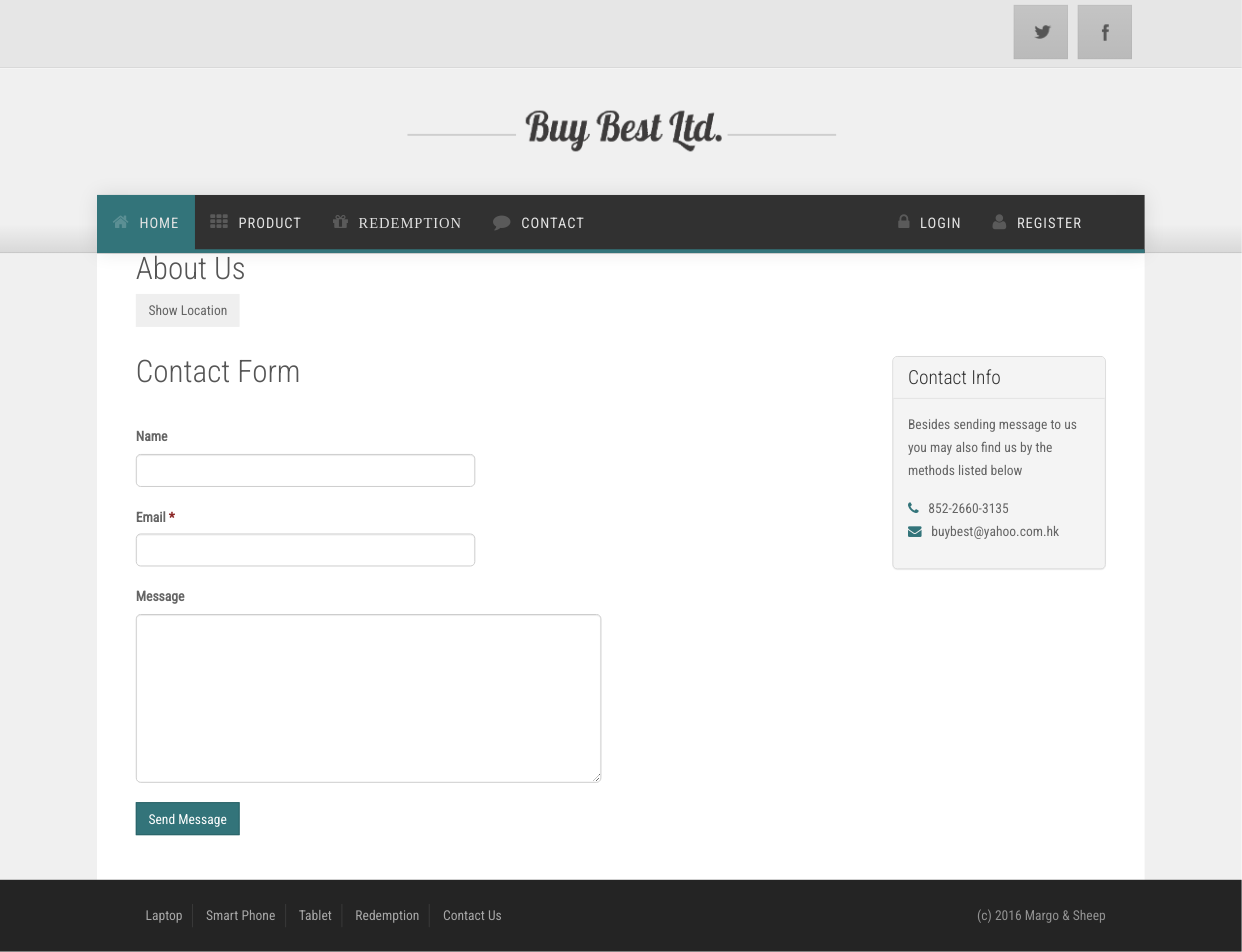
Repository: thymargo13/HCI--2015
Page: contact.html
The author's editor kept a record of every edit. The page is drawn from the files as they stood at one moment, then again after the next edit.
The browser window is 1280 px wide. The pictures show the whole page, at 97% of full size.

Above is the page before.

### contact.html
<!-- === BEGIN HEADER === -->
<!DOCTYPE html>
<!--[if IE 8]> <html lang="en" class="ie8"> <![endif]-->
<!--[if IE 9]> <html lang="en" class="ie9"> <![endif]-->
<!--[if !IE]><!-->
<html lang="en">
    <!--<![endif]-->
    <head>
        <!-- Title -->
        <title>Buy Best Ltd. - A Professional Electronic Shop</title>
        <!-- Meta -->
        <meta http-equiv="content-type" content="text/html; charset=utf-8" />
        <meta name="description" content="">
        <meta name="author" content="">
        <meta name="viewport" content="width=device-width, initial-scale=1, maximum-scale=1" />
        <!-- Favicon -->
        <link href="favicon.ico" rel="shortcut icon">
        <!-- Bootstrap Core CSS -->
        <link rel="stylesheet" href="assets/css/bootstrap.css" rel="stylesheet">
        <!-- Template CSS -->
        <link rel="stylesheet" href="assets/css/animate.css" rel="stylesheet">
        <link rel="stylesheet" href="assets/css/font-awesome.css" rel="stylesheet">
        <link rel="stylesheet" href="assets/css/nexus.css" rel="stylesheet">
        <link rel="stylesheet" href="assets/css/responsive.css" rel="stylesheet">
        <link rel="stylesheet" href="assets/css/custom.css" rel="stylesheet">
        <!-- Google Fonts-->
		<link href="https://fonts.googleapis.com/icon?family=Material+Icons" rel="stylesheet">
        <link href="http://fonts.googleapis.com/css?family=Roboto+Condensed:400,300" rel="stylesheet" type="text/css">
    </head>
    <body>
        <div id="body-bg">
            <!-- Phone/Email -->
         <div id="pre-header" class="background-gray-lighter">
                <div class="container no-padding">
                    <div class="row hidden-xs">
                        <div class="col-sm-10 text-right ">

                        </div>
                        <div class="col-sm-2 text-right">
						<div class="row">
						    <ul class="social-icons">
						<li class="social-twitter">
                                    <a href="#" target="_blank" title="Twitter"></a>
                                </li>
                                <li class="social-facebook">
                                    <a href="#" target="_blank" title="Facebook"></a>
                                </li>
                                </ul>
						</div>

                        </div>
                    </div>
                </div>
            </div>
            <!-- End Phone/Email -->
            <!-- Header -->
            <div id="header">
                <div class="container">
                    <div class="row">
                        <!-- Logo -->
                        <div class="logo">
                            <a href="index.html" title="">
                                <img src="assets/img/logo.png" alt="Logo" />
                            </a>
                        </div>
                        <!-- End Logo -->
                    </div>
                </div>
            </div>
            <!-- End Header -->
            <!-- Top Menu -->
            <div id="hornav" class="bottom-border-shadow">
                <div class="container no-padding border-bottom">
                    <div class="row">
                        <div class="col-md-9 no-padding">
                            <div class="visible-lg">
                                <ul id="hornavmenu" class="nav navbar-nav">
                                    <li>
                                        <a href="index.html" class="fa-home active">Home</a>
                                    </li>
                                    <li>
                                        <span class="fa-th ">Product</span>
                                        <ul>
                                            <li>
                                                <a href="laptopSelect.html">Laptop</a>
                                            </li>
                                            <li>
                                                <a href="phoneSelect.html">Smart Phone</a>
                                            </li>
                                            <li>
                                                <a href="tabletSelect.html">Tablet</a>
                                            </li>
                                        </ul>
                                    </li>
                                     <li>
                                        <a href="contact.html" class="fa fa-gift ">Redemption</a>
                                    </li>
                                    <li>
                                        <a href="contact.html" class="fa-comment ">Contact</a>
                                    </li>

                                </ul>
                            </div>
                        </div>
                         <div class="col-md-3 no-padding">
                               <div class="visible-lg">
                                <ul id="hornavmenu" class="nav navbar-nav">
                                    <li>
                                    <a href="login.html" class="fa-lock">Login</a>
                                </li>
                                       <li>
                                    <a href="signup.html" class="fa-user">Register</a>
                                </li>
                                </ul>
                            </div>
                            </div>
                        </div>

                    </div>
                </div>
            </div>
            <!-- End Top Menu -->
            <!-- === END HEADER === -->
            <!-- === BEGIN CONTENT === -->
            <div id="content">
                <div class="container background-white">
                    <h2 id="demo">About Us</h2>
                    <button class="btn" onclick="getLocation()">Show Location</button>
                    <div id="mapholder"></div>
                    <div class="row margin-vert-30">
                        <!-- Main Column -->
                        <div class="col-md-9">
                            <!-- Main Content -->
                            <div class="headline">
                                <h2>Contact Form</h2>
                            </div>
                            <p></p>
                            <br>
                            <!-- Contact Form -->
                            <form>
                                <label>Name</label>
                                <div class="row margin-bottom-20">
                                    <div class="col-md-6 col-md-offset-0">
                                        <input class="form-control" type="text">
                                    </div>
                                </div>
                                <label>Email
                                    <span class="color-red">*</span>
                                </label>
                                <div class="row margin-bottom-20">
                                    <div class="col-md-6 col-md-offset-0">
                                        <input class="form-control" type="text">
                                    </div>
                                </div>
                                <label>Message</label>
                                <div class="row margin-bottom-20">
                                    <div class="col-md-8 col-md-offset-0">
                                        <textarea rows="8" class="form-control"></textarea>
                                    </div>
                                </div>
                                <p>
                                    <button type="submit" class="btn btn-primary">Send Message</button>
                                </p>
                            </form>
                            <!-- End Contact Form -->
                            <!-- End Main Content -->
                        </div>
                        <!-- End Main Column -->
                        <!-- Side Column -->
                        <div class="col-md-3">
                            <!-- Recent Posts -->
                            <div class="panel panel-default">
                                <div class="panel-heading">
                                    <h3 class="panel-title">Contact Info</h3>
                                </div>
                                <div class="panel-body">
                                    <p>Besides sending message to us you may also find us by the methods listed below</p>
                                    <ul class="list-unstyled">
                                        <li>
                                            <i class="fa-phone color-primary"></i>852-2660-3135</li>
                                        <li>
                                            <i class="fa-envelope color-primary"></i>buybest@yahoo.com.hk</li>

                                    </ul>
                                </div>
                            </div>
                            <!-- End recent Posts -->
                        </div>
                        <!-- End Side Column -->
                    </div>
                </div>
            </div>
            <!-- === END CONTENT === -->
            <!-- === BEGIN FOOTER === -->

            <!-- Footer -->
            <div id="footer" class="background-grey">
                <div class="container">
                    <div class="row">
                        <!-- Footer Menu -->
                        <div id="footermenu" class="col-md-8">
                            <ul class="list-unstyled list-inline">
                                <li>
                                    <a href="#" target="_blank">Laptop</a>
                                </li>
                                <li>
                                    <a href="#" target="_blank">Smart Phone</a>
                                </li>
                                <li>
                                    <a href="#" target="_blank">Tablet</a>
                                </li>
                                <li>
                                    <a href="#" target="_blank">Redemption</a>
                                </li>
                                <li>
                                    <a href="#" target="_blank">Contact Us</a>
                                </li>
                            </ul>
                        </div>

                        <!-- End Footer Menu -->
                        <!-- Copyright -->
                        <div id="copyright" class="col-md-4">
                            <p class="pull-right">(c) 2016 Margo & Sheep</p>
                        </div>
                        <!-- End Copyright -->
                    </div>
                </div>
            </div>
            <!-- End Footer -->
            <!-- JS -->
            <script type="text/javascript" src="assets/js/jquery.min.js" type="text/javascript"></script>
            <script type="text/javascript" src="assets/js/bootstrap.min.js" type="text/javascript"></script>
            <script type="text/javascript" src="assets/js/scripts.js"></script>
            <!-- Isotope - Portfolio Sorting -->
            <script type="text/javascript" src="assets/js/jquery.isotope.js" type="text/javascript"></script>
            <!-- Mobile Menu - Slicknav -->
            <script type="text/javascript" src="assets/js/jquery.slicknav.js" type="text/javascript"></script>
            <!-- Animate on Scroll-->
            <script type="text/javascript" src="assets/js/jquery.visible.js" charset="utf-8"></script>
            <!-- Sticky Div -->
            <script type="text/javascript" src="assets/js/jquery.sticky.js" charset="utf-8"></script>
            <!-- Slimbox2-->
            <script type="text/javascript" src="assets/js/slimbox2.js" charset="utf-8"></script>
            <!-- Modernizr -->
            <script src="assets/js/modernizr.custom.js" type="text/javascript"></script>
            <script>
var x=document.getElementById("demo");
function getLocation()
  {
  if (navigator.geolocation)
    {
    navigator.geolocation.getCurrentPosition(showPosition,showError);
    }
  else{x.innerHTML="Geolocation is not supported by this browser.";}
  }
function showPosition(position)
  {
  var latlon=22.3424776+","+114.1060683;
  var img_url="http://maps.googleapis.com/maps/api/staticmap?center="
  +latlon+"&zoom=18&size=400x300&sensor=false";
  document.getElementById("mapholder").innerHTML= "<img src='"+img_url+"'>";
  }
function showError(error)
  {
  switch(error.code)
    {
    case error.PERMISSION_DENIED:
      x.innerHTML="User denied the request for Geolocation."
      break;
    case error.POSITION_UNAVAILABLE:
      x.innerHTML="Location information is unavailable."
      break;
    case error.TIMEOUT:
      x.innerHTML="The request to get user location timed out."
      break;
    case error.UNKNOWN_ERROR:
      x.innerHTML="An unknown error occurred."
      break;
    }
  }
</script>

            <!-- End JS -->
    </body>
</html>
<!-- === END FOOTER === -->

### assets/css/responsive.css
/* #Tablet (Landscape)
================================================== */

@media only screen and (max-width: 1080px) {

.is-sticky #header,
.is-sticky #hornav {
	position: relative !important;
	width: auto !important;
	top: 0 !important;
	left: 0;
	margin-left: 0;
}

.primary-container-background .primary-container {width: 100%;}

/* Disable CSS animations */
.animated {
    -webkit-animation-duration: 0;
    animation-duration: 0;
    -webkit-animation-delay: 0;
    animation-delay: 0;
}

}

/* #Tablet (Portrait)
================================================== */

@media only screen and (max-width: 959px) {


}

/* #Mobile (Landscape)
================================================== */

@media only screen and (max-width: 767px) {

.carousel-control.right span, .carousel-control.icon-next span {
    right: 20%;
}
.carousel-control.left span, .carousel-control.icon-prev span {
    left: 15%;
}

}

/*  #Mobile (Portrait)
================================================== */

@media only screen and (max-width: 440px) {


}

Loaded but not shown: assets/css/bootstrap.css (library); assets/css/animate.css (library); assets/css/font-awesome.css (library); assets/js/jquery.min.js (library); assets/js/bootstrap.min.js (library); assets/js/jquery.isotope.js (library); assets/js/jquery.slicknav.js (library); assets/js/jquery.visible.js (library); assets/js/jquery.sticky.js (library); assets/js/modernizr.custom.js (library); assets/js/slimbox2.js (15 lines, source omitted); assets/js/scripts.js (120 lines, source omitted); assets/css/nexus.css (2810 lines, source omitted); assets/css/custom.css (no stored copy; drawn as an empty file)

After the next edit:
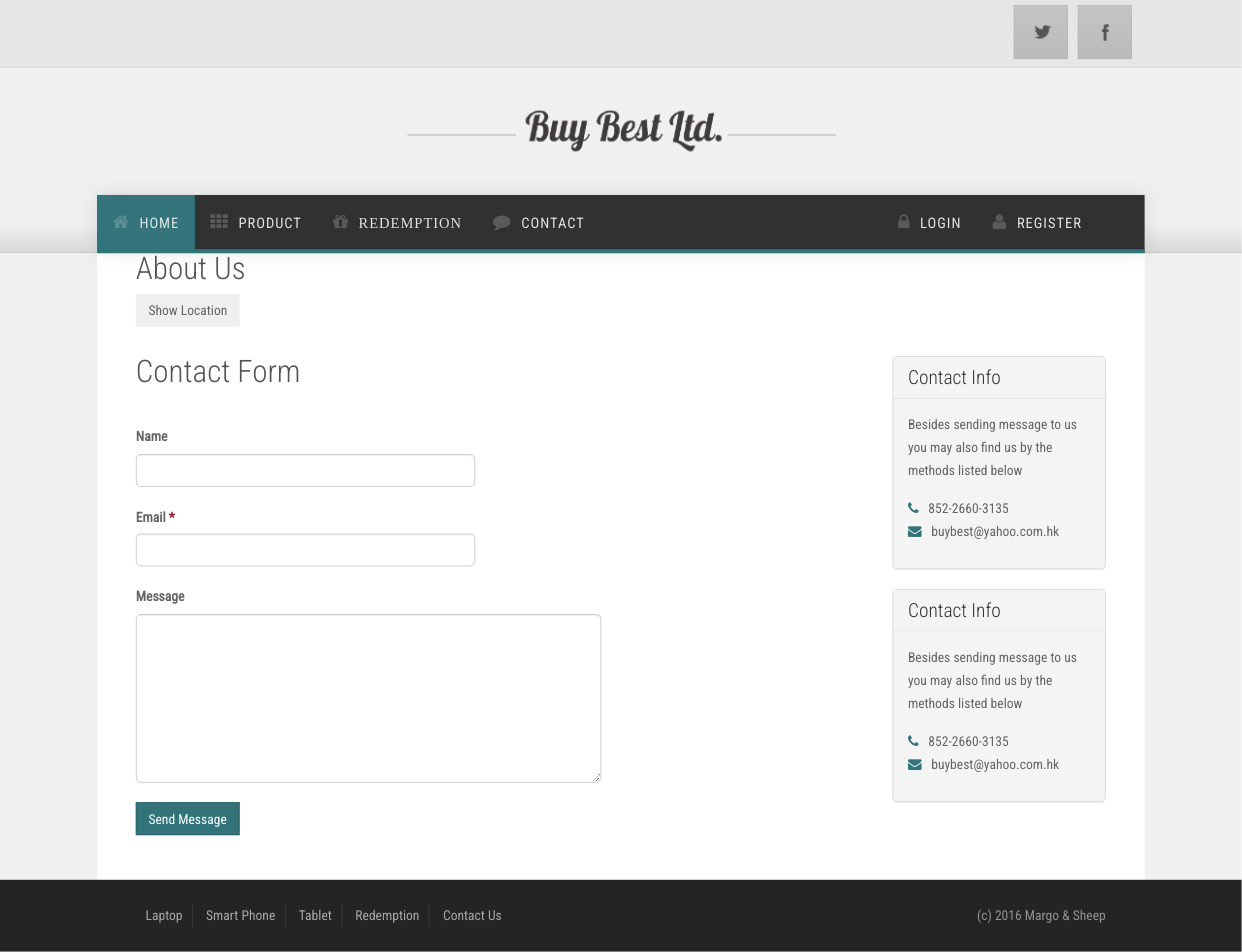
The edit:
--- a/contact.html
+++ b/contact.html
@@ -185,6 +185,21 @@
                                 </div>
                             </div>
                             <!-- End recent Posts -->
+                                                        <div class="panel panel-default">
+                                <div class="panel-heading">
+                                    <h3 class="panel-title">Contact Info</h3>
+                                </div>
+                                <div class="panel-body">
+                                    <p>Besides sending message to us you may also find us by the methods listed below</p>
+                                    <ul class="list-unstyled">
+                                        <li>
+                                            <i class="fa-phone color-primary"></i>852-2660-3135</li>
+                                        <li>
+                                            <i class="fa-envelope color-primary"></i>buybest@yahoo.com.hk</li>
+
+                                    </ul>
+                                </div>
+                            </div>
                         </div>
                         <!-- End Side Column -->
                     </div>
